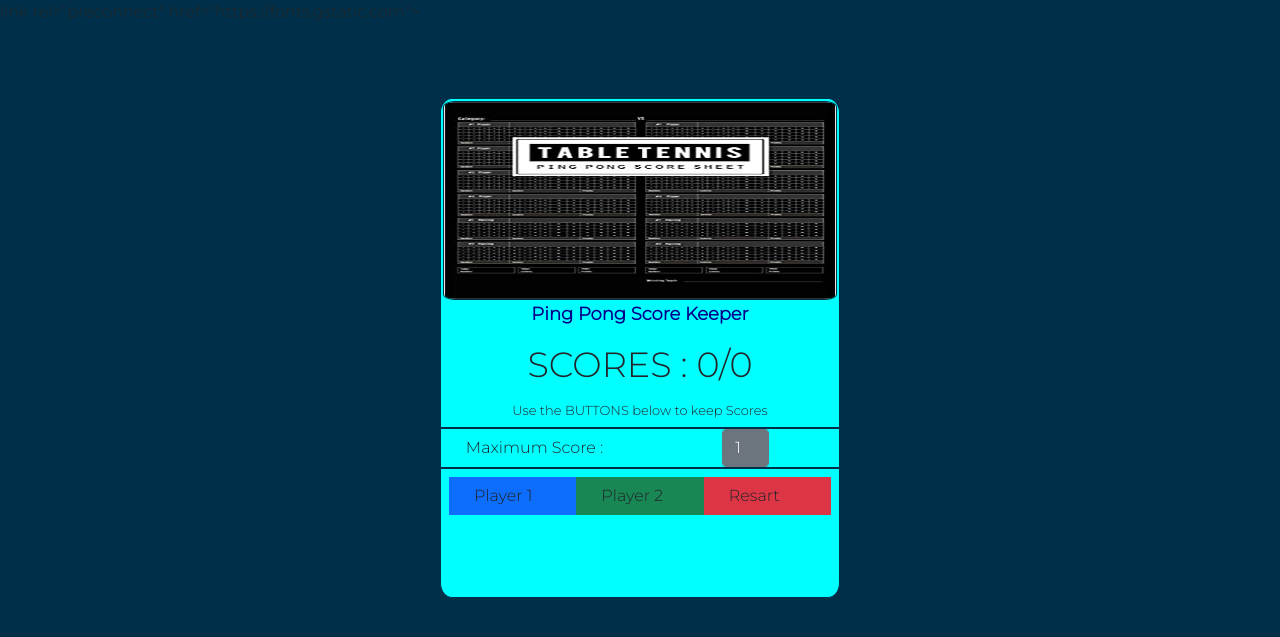
Repository: uditjain100/JavaScript-for-Web
Page: 9.Score Keeper Project/sk.html
The author's editor kept a copy of each file at every save. The page is drawn from the files as they stood at one save, then again after the next save.
The browser window is 1280 px wide. The pictures show the whole page.

Above is the page before, as saved 2021-01-22 21:43:11.

### 9.Score Keeper Project/sk.html
<!DOCTYPE html>
<html lang="en">
  <head>
    <meta charset="UTF-8" />
    <meta name="viewport" content="width=device-width, initial-scale=1.0" />
    <title>Score Keeper</title>
    <link
      href="https://cdn.jsdelivr.net/npm/bootstrap@5.0.0-beta1/dist/css/bootstrap.min.css"
      rel="stylesheet"
      integrity="sha384-giJF6kkoqNQ00vy+HMDP7azOuL0xtbfIcaT9wjKHr8RbDVddVHyTfAAsrekwKmP1"
      crossorigin="anonymous"
    />
    link rel="preconnect" href="https://fonts.gstatic.com">
    <link
      href="https://fonts.googleapis.com/css2?family=Montserrat:wght@300&display=swap"
      rel="stylesheet"
    />
    <link rel="stylesheet" href="app.css" />
  </head>
  <body>
    <div class="container">
      <div id="mainbody" class="main" style="height: 500px">
        <img
          src="image.png"
          alt="Table_Tennis"
          class="img-fluid mx-auto"
          style="width: 99%; height: 40%"
        />

        <h6 id="heading" class="diaply-10">Ping Pong Score Keeper</h6>

        <div id="scores" class="scores m-2 p-1 mx-auto">
          <span id="score" class="score">SCORES : 0/0</span>
        </div>

        <h6 id="instruction">Use the BUTTONS below to keep Scores</h6>

        <div id="maxScores" class="row">
          <div class="col-6">
            <h6 id="max_score" class="display-10 fw-4">Maximum Score :</h6>
          </div>
          <div id="select_02" class="col-2">
            <select
              class="form-control btn-secondary"
              name="max-score"
              id="max-score"
            >
              <option value="1">1</option>
              <option value="2">2</option>
              <option value="3">3</option>
              <option value="4">4</option>
              <option value="5">5</option>
            </select>
          </div>
        </div>

        <div class="row m-2">
          <div class="col-4 bg-primary">
            <button class="btn">Player 1</button>
          </div>
          <div class="col-4 bg-success">
            <button class="btn">Player 2</button>
          </div>
          <div class="col-4 bg-danger">
            <button class="btn">Resart</button>
          </div>
        </div>

        <!-- ********************* -->
      </div>
    </div>
  </body>
</html>

### 9.Score Keeper Project/app.css
body {
  background-color: #003049;
  font-family: "Montserrat";
}

.container {
  display: flex;
  justify-content: center;
  align-items: center;
  min-height: 90vh;
}

img {
  display: flex;
  justify-content: center;
  margin-top: 2px;
  border: 0.5px #003049 solid;
  border-radius: 3%;
}

#mainbody {
  background-color: aqua;
  border: 0.5px #003049 solid;
  border-radius: 3%;
  width: 400px;
}

#heading {
  margin: 3px;
  padding: 1px;
  text-align: center;
  color: darkblue;
  font-weight: 900;
  font-size: large;
  font-family: "Montserrat";
}

#scores {
  display: flex;
  justify-content: center;
  align-items: center;
}

#instruction {
  text-align: center;
  font-size: small;
}

#maxScores {
  display: flex;
  align-items: center;
  border-top: 2px #003049 solid;
  border-bottom: 2px #003049 solid;
}

#max_score {
  padding: 2px;
  margin: 0px auto;
  text-align: center;
}

#select_02 {
  margin: 0px auto;
}

#score {
  text-align: center;
  font-size: 35px;
}

After the next save:
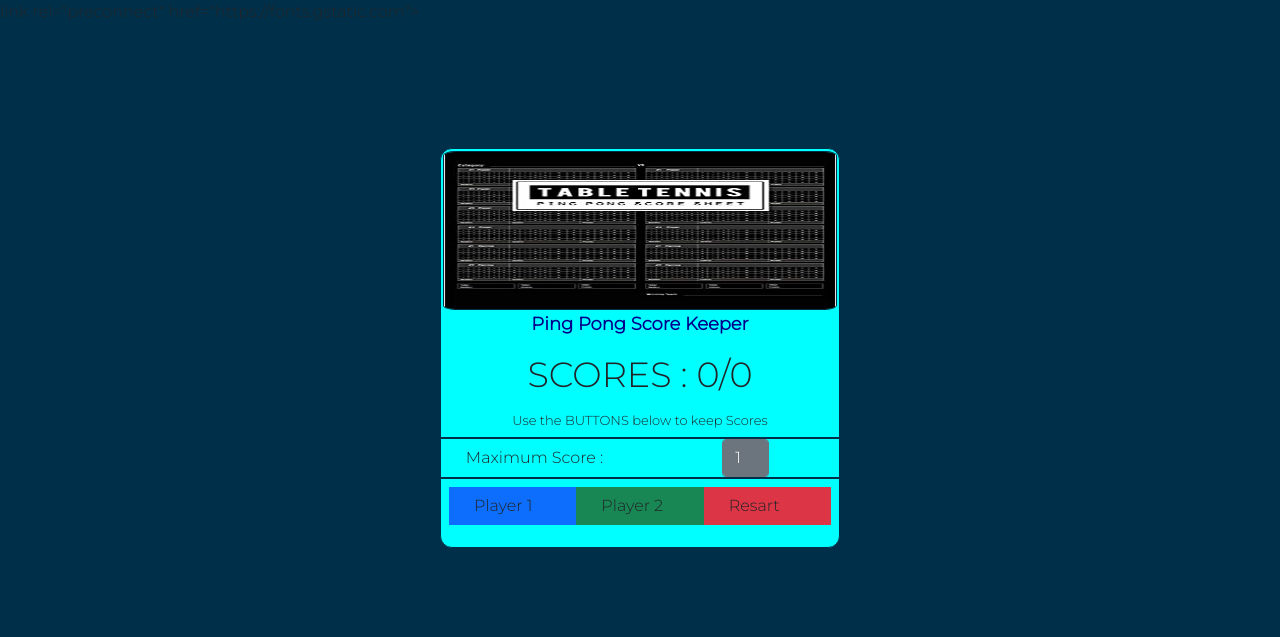
Saved 35 s later.
--- a/9.Score Keeper Project/sk.html
+++ b/9.Score Keeper Project/sk.html
@@ -19,7 +19,7 @@
   </head>
   <body>
     <div class="container">
-      <div id="mainbody" class="main" style="height: 500px">
+      <div id="mainbody" class="main" style="height: 400px">
         <img
           src="image.png"
           alt="Table_Tennis"
